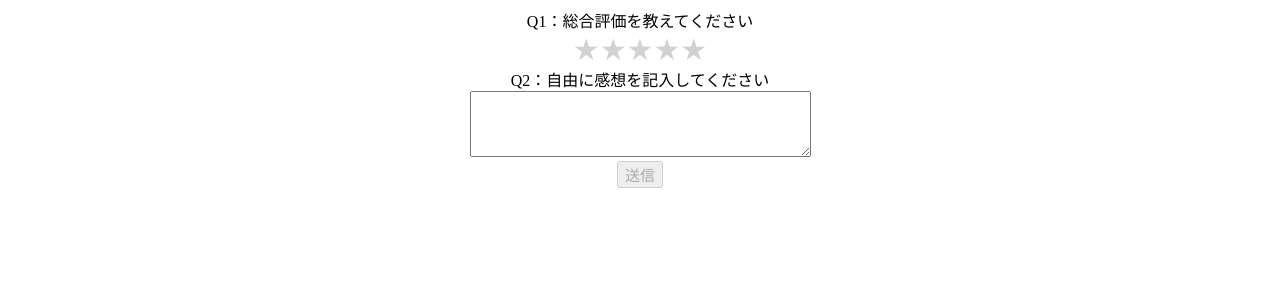
Repository: mikumiura/intern-chatbot
Page: templates/first-page.html
These files come from the project's save history. The page is drawn as it stood at one moment and after the next save; the edit follows.
The browser window is 1280 px wide. The pictures show the whole page.

Above is the page before, as saved 2022-08-24 02:56:12.

After the next save:
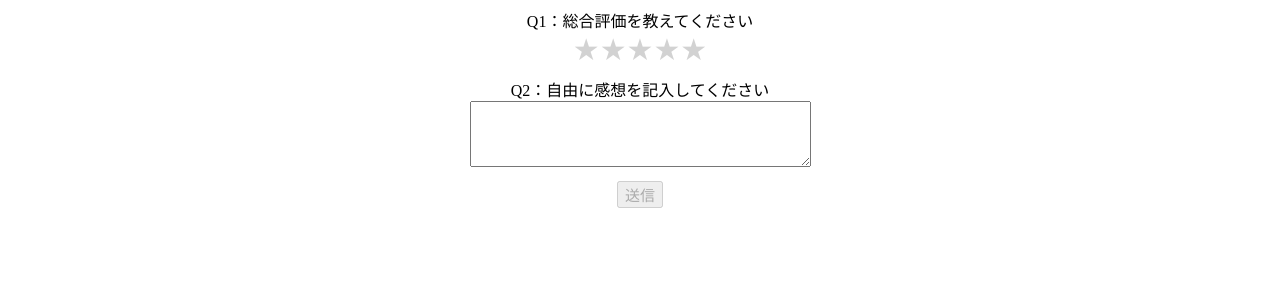
Saved 51 s later.
--- a/static/style.css
+++ b/static/style.css
@@ -27,5 +27,5 @@
 }
 
 .bottom-3 {
-    margin-bottom: 3;
+    margin-bottom: 10px;
 }

After the save that followed:
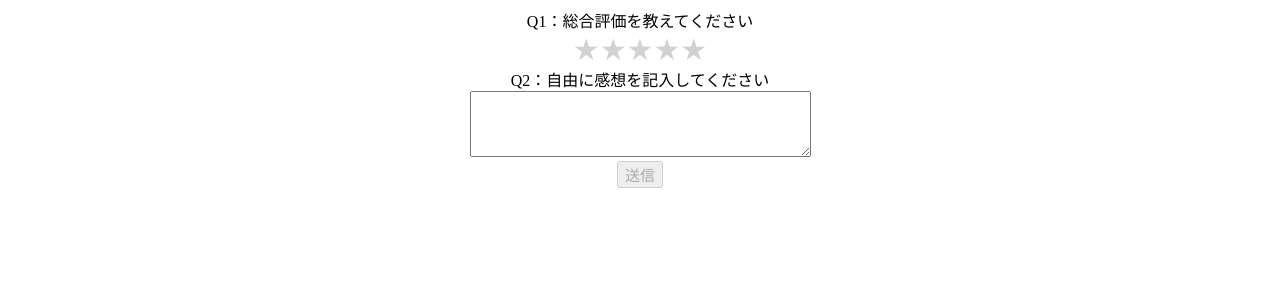
Saved 24 s later.
--- a/static/style.css
+++ b/static/style.css
@@ -26,6 +26,6 @@
     font-size: 30px;
 }
 
-.bottom-3 {
-    margin-bottom: 10px;
+.bottom-20 {
+    margin-bottom: 20px;
 }
